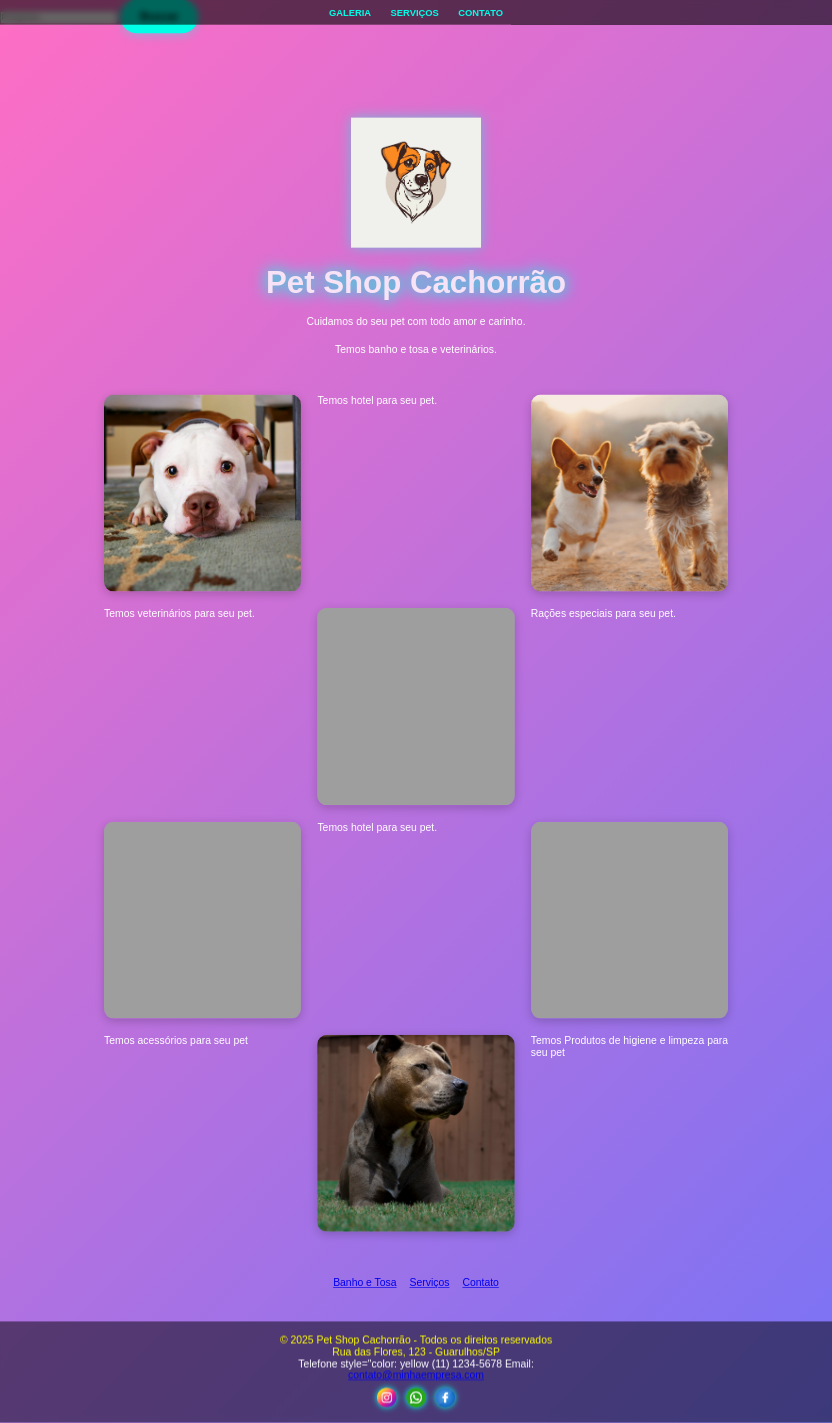
Repository: Sandro1969-tech/Desafio-petshop
Page: index.html
The author's editor kept a copy of each file at every save. The page is drawn from the files as they stood at one save, then again after the next save.
The browser window is 1280 px wide. The pictures show the whole page, at 65% of full size.
Pictures or frames that could not be fetched are drawn as grey boxes.

Above is the page before, as saved 2025-12-11 20:12:35.

### index.html
<!DOCTYPE html>
<html lang="pt-BR">
<head>
  <meta charset="UTF-8">
  <meta name="viewport" content="width=device-width, initial-scale=1.0">
  <title>Pet Shop Moderno</title>
  <link rel="stylesheet" href="style.css">
  <link rel="icon" type="image/png" href="assets/image/icon.png">
</head>
<body>
  <!-- Navegação -->
   <form action="index.html" method="get">
    <input type="text" name="search" placeholder="Pesquisar...">
    <button type="submit">Buscar</button>
  <nav class="navbar">
    <ul>
      <li><a href="#gallery">Galeria</a></li>
      <li><a href="#services">Serviços</a></li>
      <li><a href="#contact">Contato</a></li>
    </ul>
  </nav>

  <!-- Cabeçalho -->
  <header>
    <img src="assets/image/logo.jpg" alt="Logo Pet Shop" class="logo">
    <h1 class="neon-title">Pet Shop Cachorrão</h1>
    <p>Cuidamos do seu pet com todo amor e carinho.</p>
    <p>Temos banho e tosa e veterinários.</p>
  </header>

  <!-- Conteúdo principal -->
  <main>
    <!-- Galeria -->
    <section id="gallery" class="gallery">

      <img src="assets/image/cao1.jpg" alt="Cachorro 1">
      <p>Temos hotel para seu pet.</p>
      <img src="assets/image/cao2.jpg" alt="Cachorro 2">
      <p>Temos veterinários para seu pet.</p>
      <img src="assets/image/cao3.jpg" alt="Cachorro 3">
      <p>Rações especiais para seu pet.</p>
      <img src="assets/image/gato1.jpg" alt="Gato 1">
      <p>Temos hotel para seu pet.</p>
      <img src="assets/image/gato2.jpg" alt="gato 2">
      <p>Temos acessórios para seu pet</p>
      <img src="assets/image/cao4.jpg" alt="cao 4">
      <p>Temos Produtos de higiene e limpeza para seu pet</p>
    </section>

    <!-- Serviços -->
    <section id="services" class="buttons">
      <a href="#banho-tosa" class="btn">Banho e Tosa</a>
      <a href="#servicos" class="btn">Serviços</a>
      <a href="#contact" class="btn">Contato</a>
    </section>
  </main>

  <!-- Rodapé -->
  <footer id="contact">
    <p  style="color: yellow;">© 2025 Pet Shop Cachorrão - Todos os direitos reservados</p>
    <p style="color: yellow;"> Rua das Flores, 123 - Guarulhos/SP</p>
    <p style="color: yellow;"></p>Telefone style="color: yellow (11) 1234-5678  Email:</p> <a href="mailto:contato@minhaempresa.com">contato@minhaempresa.com</a></>
    <div class="social-icons">
      <a href="https://instagram.com/seuPerfil" target="_blank" aria-label="Instagram">
        <img src="assets/image/instagram.png" alt="Instagram">
      </a>
      <a href="https://wa.me/seuNumero" target="_blank" aria-label="WhatsApp">
        <img src="assets/image/whatsapp.png" alt="WhatsApp">
      </a>
      <a href="https://facebook.com/seuPerfil" target="_blank" aria-label="Facebook">
        <img src="assets/image/facebook.png" alt="Facebook">
      </a>
    </div>
  </footer>
</body>
</html>

### style.css
/* Reset básico */
* {
  margin: 0;
  padding: 0;
  box-sizing: border-box;
}

html {
  scroll-behavior: smooth;
}

/* Fundo com gradiente vibrante */
body {
  font-family: 'Arial', sans-serif;
  background: linear-gradient(135deg, #ff6ec4, #7873f5);
  color: #fff;
  min-height: 100vh;
  display: flex;
  flex-direction: column;
}

/* Barra de navegação fixa */
.navbar {
  position: fixed;
  top: 0;
  width: 100%;
  background: rgba(0,0,0,0.6);
  padding: 10px 0;
  z-index: 1000;
  backdrop-filter: blur(5px);
}

.navbar ul {
  list-style: none;
  display: flex;
  justify-content: center;
  gap: 30px;
}

.navbar a {
  text-decoration: none;
  color: #00ffe7;
  font-weight: bold;
  transition: color 0.3s;
  text-transform: uppercase;
  font-size: 0.9rem;
}

.navbar a:hover {
  color: #ff6ec4;
}

/* --- ALTERAÇÃO FEITA AQUI: Cabeçalho Centralizado --- */
header {
  display: flex;
  /* Mudamos de 'row' (linha) para 'column' (coluna) para empilhar */
  flex-direction: column;
  /* Centraliza os itens horizontalmente */
  align-items: center;
  gap: 25px; /* Espaço entre o logo, título e ícone */
  padding: 130px 20px 40px;
  max-width: 1200px;
  margin: 0 auto;
  width: 100%;
}

/* --- ALTERAÇÃO FEITA AQUI: Logo Maior --- */
.logo {
  width: 200px; /* Aumentado de 80px para 200px */
  height: auto;
  filter: drop-shadow(0 0 10px rgba(0, 255, 231, 0.5)); /* Um brilho extra no logo */
}

.icon {
  width: 80px; /* Aumentei um pouco o ícone também para acompanhar o logo */
  height: auto;
}

/* Título neon com animação */
.neon-title {
  font-size: 3rem; /* Título um pouco maior */
  text-align: center;
  color: #fff;
  text-shadow: 0 0 5px #00ffe7, 0 0 10px #00ffe7, 0 0 20px #00ffe7;
  animation: flicker 2s infinite alternate;
}

@keyframes flicker {
  0% { opacity: 1; text-shadow: 0 0 5px #00ffe7, 0 0 10px #00ffe7; }
  50% { opacity: 0.8; text-shadow: 0 0 20px #00ffe7, 0 0 30px #00ffe7; }
  100% { opacity: 1; text-shadow: 0 0 10px #00ffe7, 0 0 20px #00ffe7; }
}

/* --- ALTERAÇÃO FEITA AQUI: Galeria 3x2 Fixa --- */
.gallery {
  display: grid;
  /* Força exatamente 3 colunas de tamanhos iguais */
  grid-template-columns: repeat(3, 1fr);
  gap: 25px; /* Espaço um pouco maior entre as fotos */
  padding: 20px;
  max-width: 1000px; /* Limita a largura total da galeria para não ficar muito esticada */
  margin: 0 auto; /* Centraliza a galeria */
  width: 100%;
}

.gallery img {
  width: 100%;
  aspect-ratio: 1 / 1;
  object-fit: cover;
  border-radius: 15px;
  transition: transform 0.3s, box-shadow 0.3s;
  box-shadow: 0 4px 15px rgba(0,0,0,0.2);
}

.gallery img:hover {
  transform: scale(1.05);
  box-shadow: 0 8px 25px rgba(0, 255, 231, 0.4);
  z-index: 1; /* Garante que a imagem em zoom fique por cima das outras */
}

/* Botões animados */
.buttons {
  display: flex;
  justify-content: center;
  flex-wrap: wrap;
  gap: 20px;
  margin: 50px 20px;
}

button {
  background: #00ffe7;
  border: none;
  padding: 15px 30px;
  border-radius: 50px;
  font-size: 1.1rem;
  font-weight: bold;
  color: #000;
  cursor: pointer;
  transition: all 0.3s ease;
  box-shadow: 0 4px 15px rgba(0, 255, 231, 0.3);
}

button:hover {
  transform: translateY(-5px);
  background: #ff6ec4;
  color: #fff;
  box-shadow: 0 6px 20px rgba(255, 110, 196, 0.5);
}

/* Rodapé */
footer {
  text-align: center;
  padding: 20px;
  background: rgba(0,0,0,0.5);
  margin-top: auto;
  backdrop-filter: blur(5px);
}

.social-icons {
  margin-top: 15px;
  display: flex;
  justify-content: center;
  gap: 25px;
}

.social-icons img {
  width: 30px;
  height: 30px;
  transition: transform 0.3s;
  filter: drop-shadow(0 0 5px #00ffe7);
}

.social-icons img:hover {
  transform: scale(1.2) rotate(10deg);
}

/* Media Query para celulares */
@media (max-width: 768px) {
  .neon-title {
    font-size: 2.2rem;
  }

  .logo {
      width: 150px; /* Logo um pouco menor em celulares */
  }

  /* IMPORTANTE: Em telas pequenas (celulares), 3 colunas ficam muito apertadas.
     Mudei para 2 colunas no celular para ficar melhor de ver.
     Se você quiser 3 colunas MESMO no celular, mude abaixo para repeat(3, 1fr) */
  .gallery {
    grid-template-columns: repeat(2, 1fr);
    gap: 15px;
  }
}

@media (max-width: 480px) {
    /* Em telas muito pequenas, 1 coluna só */
    .gallery {
        grid-template-columns: 1fr;
    }
}

.social-icons {
  display: flex;
  justify-content: center;
  gap: 15px;
  margin-top: 10px;
}

.social-icons img {
  width: 30px;
  height: 30px;
  transition: transform 0.3s ease, filter 0.3s ease;
}

.social-icons img:hover {
  transform: scale(1.2) rotate(10deg);
  filter: brightness(1.2);
}

After the next save:
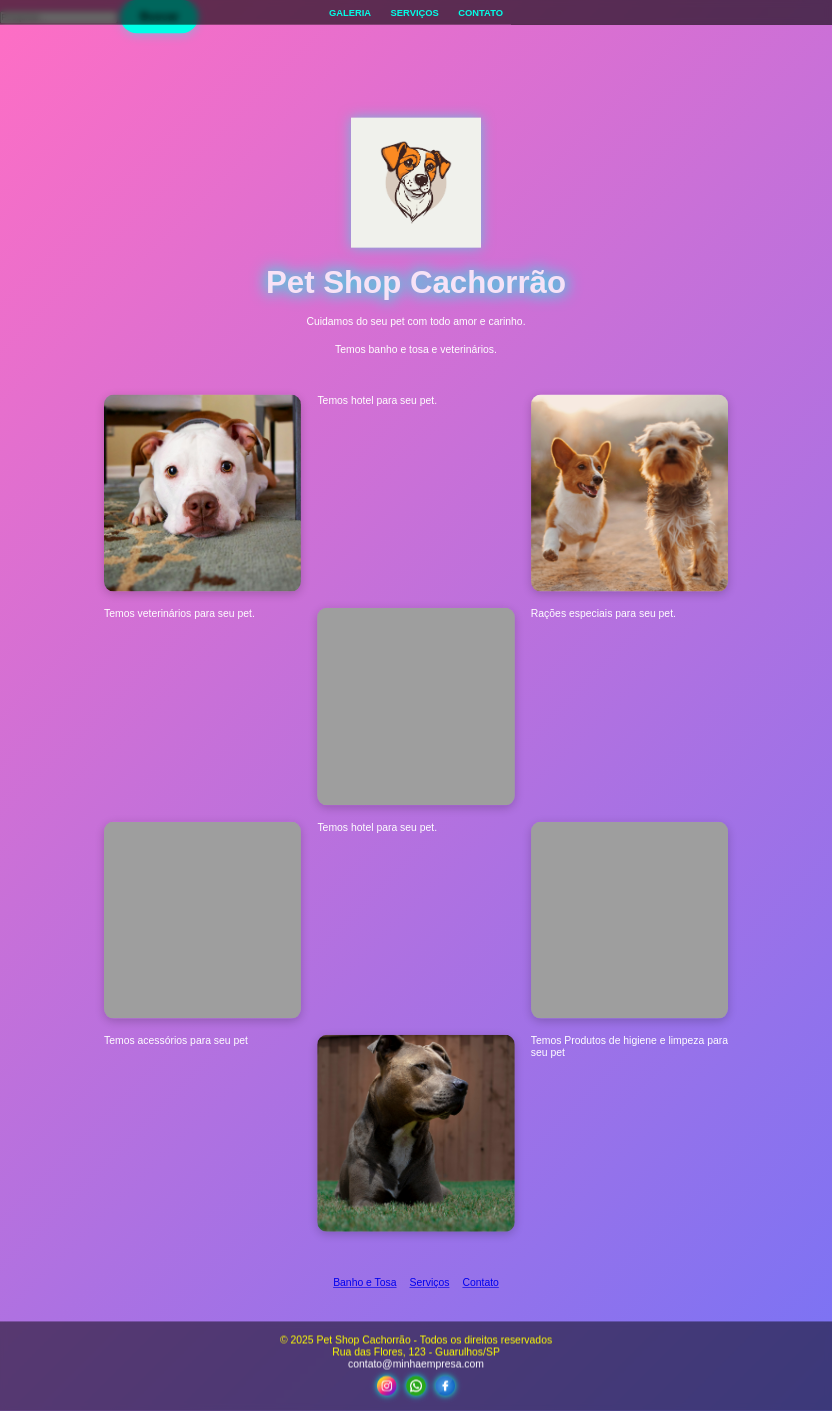
Saved 13 s later.
--- a/index.html
+++ b/index.html
@@ -59,7 +59,7 @@
   <footer id="contact">
     <p  style="color: yellow;">© 2025 Pet Shop Cachorrão - Todos os direitos reservados</p>
     <p style="color: yellow;"> Rua das Flores, 123 - Guarulhos/SP</p>
-    <p style="color: yellow;"></p>Telefone style="color: yellow (11) 1234-5678  Email:</p> <a href="mailto:contato@minhaempresa.com">contato@minhaempresa.com</a></>
+    <p style="color: yellow;"></p><pTelefone style="color: yellow (11) 1234-5678  Email:</p> <a href="mailto:contato@minhaempresa.com">contato@minhaempresa.com</a></>
     <div class="social-icons">
       <a href="https://instagram.com/seuPerfil" target="_blank" aria-label="Instagram">
         <img src="assets/image/instagram.png" alt="Instagram">
